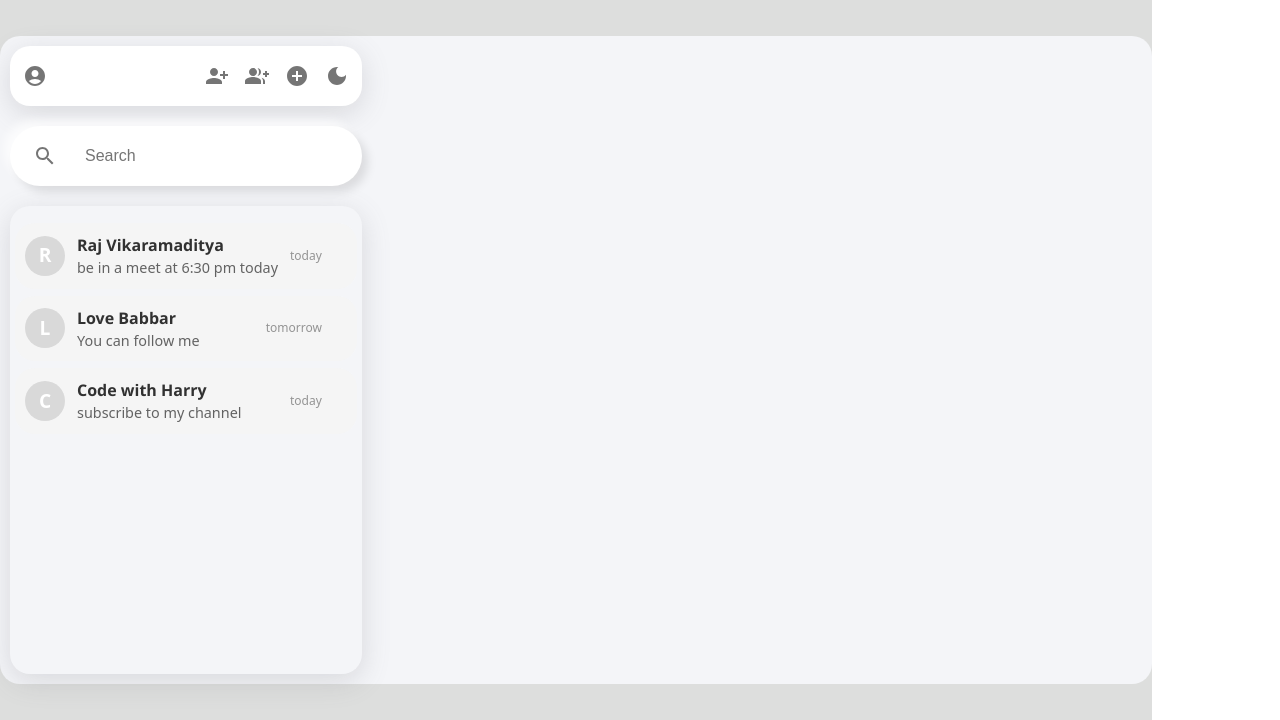
Repository: rahul-chakradhari/chat_app
Page: /app
These files come from the project's save history. The page is drawn as it stood at one moment and after the next save; the edit follows.
The browser window is 1280 px wide. The pictures show the whole page.
An inner scrolling area shows only its first screen. The project was rebuilt for these pictures with package versions that can differ from the ones it lists, and the page was loaded fresh each time. Also part of the build but not shown: vite.config.js, src/components/Login.jsx, src/components/Messagebyme.jsx, src/components/Messagebyothers.jsx, src/components/Chatarea.jsx, src/components/Welcome.jsx, src/components/Creategroups.jsx, src/components/Groups.jsx.

Above is the page before, as saved 2025-03-03 14:33:03.

### index.html
<!DOCTYPE html>
<html lang="en">
  <head>
    <meta charset="UTF-8" />
    <link rel="icon" href="./live-chat.png" />

    <meta name="viewport" content="width=device-width, initial-scale=1.0" />
    <title>Vite + React</title>
  </head>
  <body>
    <div id="root"></div>
    <script type="module" src="/src/main.jsx"></script>
  </body>
</html>

### src/main.jsx
import { StrictMode } from "react";
import { createRoot } from "react-dom/client";
import "./index.css";
import App from "./App.jsx";
import { BrowserRouter } from "react-router-dom";
import { Provider } from "react-redux";
import { store } from "./components/features/store.js";
createRoot(document.getElementById("root")).render(
  <BrowserRouter>
    <StrictMode>
      <Provider store={store}>
        <App />
      </Provider>
    </StrictMode>
  </BrowserRouter>
);

### src/App.jsx
import { Route, Routes } from "react-router-dom";
import "./App.css";
import Login from "./components/Login";
import Maincontainer from "./components/Maincontainer";
import Welcome from "./components/Welcome";
import Chatarea from "./components/Chatarea";
import Users from "./components/Users";
import Creategroups from "./components/Creategroups";
import Groups from "./components/Groups";

function App() {
  return (
    <div className="App">
      <Routes>
        <Route path="/" element={<Login />} />
        <Route path="app" element={<Maincontainer />}>
          <Route path="welcome" element={<Welcome />} />
          <Route path="chat" element={<Chatarea />} />
          <Route path="users" element={<Users />} />
          <Route path="groups" element={<Groups />} />

          <Route path="creategroups" element={<Creategroups />} />
        </Route>
      </Routes>
    </div>
  );
}

export default App;

### src/components/features/store.js
import { configureStore } from "@reduxjs/toolkit";
import themeSliceReducer from "./themeSlice";
export const store = configureStore({
  reducer: {
    themeKey: themeSliceReducer,
  },
});

### src/App.css
* {
  margin: 0;
}
.App {
  background-color: #dddedd;
  min-height: 100vh;
  display: flex;
  justify-content: center;
  align-items: center;
}

### src/components/Maincontainer.jsx
import "./Mystyles.css";
import Sidebar from "./Sidebar";
import Chatarea from "./Chatarea";
import Welcome from "./Welcome";
import Creategroups from "./Creategroups";
import Users from "./Users";
import { Outlet } from "react-router-dom";

const Maincontainer = () => {
  return (
    <div className="main">
      <Sidebar />
      <Outlet />
      {/*<Creategroups />*/}
      {/*<Welcome />*/}
      {/*<Chatarea />*/}
      {/*<Users />*/}
    </div>
  );
};

export default Maincontainer;

### src/components/features/themeSlice.js
import { createSlice } from "@reduxjs/toolkit";

export const themeSlice = createSlice({
  name: "themeSlice",
  initialState: true,
  reducers: {
    toggleTheme: (state) => {
      state = !state;
    },
  },
});
export const { toggleTheme } = themeSlice.actions;
export default themeSlice.reducer;

### src/components/Mystyles.css
.main {
  background-color: #f4f5f8;
  height: 90vh;
  width: 90vw;
  display: flex;
  border-radius: 20px;
}
.side {
  flex: 0.3;
  display: flex;
  flex-direction: column;
}
.chat {
  background-color: aliceblue;
  flex: 0.7;
}
.headers {
  background-color: white;
  border-radius: 20px;
  padding: 10px 5px;
  margin: 10px;
  display: flex;
  justify-content: space-between;
  box-shadow: rgba(100, 100, 111, 0.2) 0px 7px 29px 0px;
}

.search {
  background-color: white;
  border-radius: 20px;
  padding: 10px 10px;
  margin: 10px;
  display: flex;
  align-items: center;
  box-shadow: rgba(100, 100, 111, 0.2) 0px 7px 29px 0px;
}
.box {
  outline-width: 0;
  border: none;
  font-size: 1.25rem;
  margin-left: 10px;
}
.conver {
  background-color: white;
  border-radius: 20px;
  padding: 10px 5px;
  margin: 10px;
  flex: 1;
}
.conversation {
  border-radius: 20px;
  margin: 10px 5px;
  flex: 1;
  margin-right: 10px;
  margin-left: 10px;
  padding: 10px 5px;
  box-shadow: rgba(100, 100, 111, 0.2) 0px 7px 29px 0px;
}
.conversationitem,
.listtem {
  display: flex;
  align-items: center; /* Items ko vertical center align karega */
  gap: 12px; /* Icon aur text ke beech gap */
  padding: 10px;
  margin: 3px;
  transition-duration: 0.5s;
  margin-left: 0px;
  border-radius: 20px;
  margin-right: auto;
  margin-top: 7px;
  background-color: #f5f5f5; /* Light background */
  width: 100%;
  width: calc(100% - 20px);
  overflow: hidden; /* Extra content hide */
  white-space: nowrap; /* Ek hi line me rahe */
  text-overflow: ellipsis; /* Overflow hone par "..." dikhe */
}
.conversationitem {
  cursor: pointer;
}
.conversationitem:hover {
  background-color: #d9d9d9;
}
.conversationitem:active {
  background-color: white;
}
.conversationitem::-webkit-scrollbar {
  display: none;
}

.icon {
  display: flex;
  justify-content: center;
  align-items: center;
  background-color: #d9d9d9;
  font-size: 1.2rem;
  font-weight: bold;
  color: white;
  height: 40px;
  width: 40px;
  border-radius: 50%;
  flex-shrink: 0; /* Icon ka size maintain rahega */
}

.conversation-text {
  display: flex;
  flex-direction: column;
  flex-grow: 1; /* Ye ensure karega ki text area full width le */
}

.title {
  font-weight: bold;
  font-size: 1rem;
  color: rgba(0, 0, 0, 0.8);
  font-family: "Segoe UI", Tahoma, Geneva, Verdana, sans-serif;
}

.message {
  font-size: 0.9rem;
  color: rgba(0, 0, 0, 0.6);
}

.time {
  margin-right: 25px;
  font-size: 0.75rem;
  color: rgba(0, 0, 0, 0.4);
  flex-shrink: 0; /* Time ka size fix rahe */
}
.chat {
  display: flex;
  flex-direction: column;
  flex: 0.7;
}
.chattingwith {
  background-color: green;
}
.mess {
  background-color: aquamarine;
  flex-grow: 1;
  box-shadow: rgba(100, 100, 111, 0.2) 0px 7px 29px 0px;
}
.inputbox {
  background-color: green;
  box-shadow: rgba(100, 100, 111, 0.2) 0px 7px 29px 0px;
}
.trash {
  color: black;
}
.chat {
  display: flex;
  flex-direction: column;
  flex: 0.7;
  overflow: visible;
  background: #f8f9fa; /* Light grey */
}

.chat-header {
  position: relative;
  display: flex;
  justify-content: space-between;
  align-items: center;
  padding: 10px;
  margin-top: 4px;
  border-radius: 20px;
  background: white;
  border-bottom: 1px solid #ddd;
  box-shadow: rgba(50, 50, 93, 0.25) 0px 6px 12px -2px,
    rgba(0, 0, 0, 0.3) 0px 3px 7px -3px;
}
.avatar {
  border-color: #d9d9d9;
  color: white;
}
.chat-info {
  display: flex;
  align-items: center;
}

.chat-info .avatar {
  width: 40px;
  height: 40px;
  border-radius: 50%;
  background: #bbb;
  display: flex;
  justify-content: center;
  align-items: center;
  font-weight: bold;
  margin-right: 10px;
}

.trash {
  color: black;
}

.mess {
  flex-grow: 1;
  padding: 20px;
  background: #f5f5f5;
  border-radius: 20px;
}

.inputbox {
  padding: 10px;
  border-top: 1px solid #ddd;
  background: white;
  border-radius: 20px;
  margin-bottom: 6px;
}

.inputbox input {
  width: 100%;
  padding: 8px;
  border: none;
  outline: none;
}
.name-time {
  display: flex;
  flex-direction: column;
  align-items: flex-start; /* Left-align text properly */
}

.niche {
  font-size: 12px;
  color: gray;
  margin: 2px 0 0 3px;
  margin-top: 2px;
  margin-right: 12px;
  /* 👈 Adjust left margin properly */
  padding-right: 42px; /* 🔹 Slight padding for spacing */
}
.inputbox {
  display: flex;
  justify-content: center;
}
.othertextcontent,
.con-icon {
  width: 200px; /* Box ka width */
  height: auto; /* Height content ke according adjust hogi */
  font-size: 16px; /* Text size change karne ke liye */
  padding: 10px; /* Text aur border ke beech space ke liye */
  background-color: aquamarine; /* Light gray background */
  border-radius: 10px; /* Rounded corners */
  margin-left: 750px;
}
.othertextcontent {
  border-color: #f5f5f5;
}
.selfmessagecontainer {
  width: 200px; /* Box ka width */
  height: auto; /* Height content ke according adjust hogi */
  font-size: 16px; /* Text size change karne ke liye */
  padding: 10px; /* Text aur border ke beech space ke liye */
  background-color: lightsalmon; /* Light gray background */
  border-radius: 10px; /* Rounded corners */
}
.mess {
  height: 500px;
  overflow-y: auto;
  display: flex;
  flex-direction: column;
}
.mess::-webkit-scrollbar {
  display: none;
}

.welcome {
  min-height: 89vh;
  flex: 0.7;
  display: flex;
  flex-direction: column;
  justify-content: center;
  align-items: center;
  gap: 25px;
  font-family: "Segoe UI", Tahoma, Geneva, Verdana, sans-serif;
  color: rgba(0, 0, 0, 0.87);
  border-bottom: 2px solid #63d7b0;
  background-color: #ffffff;
  border-radius: 20px;
}

.logo {
  height: 15vw;
  margin-bottom: 10px;
}
.group {
  flex: 0.7;
  align-self: center;
  padding: 20px 10px;
  margin: 10px;
  background-color: white;
  border-radius: 20px;
  display: flex;
  justify-content: space-between;
}
.inputgroup {
  font-size: 18px;
  outline-width: 0;
  border: none;
}
.login {
  height: 90vh;
  width: 90vw;
  background-color: #f4f5f8;
  border-radius: 20px;
  display: flex;
}
.loginimage {
  flex: 0.3;
}
.loginbox {
  flex: 0.7;
  font-family: "Segoe UI", Tahoma, Geneva, Verdana, sans-serif;

  background-color: white;
  border-radius: 20px;
  margin: 10px;
  color: #63d7b0;
  font-weight: bolder;
  display: flex;
  justify-content: center;
  align-items: center;
  flex-direction: column;
  gap: 20px;
}
.loginlogo {
  height: 15vw;
  margin-top: 201px;
  margin-left: 75px;
}
.logintitle {
  font-size: 30px;
} /* Main List Container */
.list {
  padding: 20px;
  width: 100%;
}

/* Online Users Box */
.headerlist {
  display: flex;
  justify-content: center;
  margin-bottom: 10px;
}

.header-box {
  width: 100%; /* Adjust as needed */
  max-width: 1100px;
  background-color: white;
  border-radius: 20px;
  padding: 12px 18px;
  display: flex;
  align-items: center;
  gap: 10px;
  box-shadow: 6px 6px 10px rgba(0, 0, 0, 0.1),
    -6px -6px 10px rgba(255, 255, 255, 0.7);
}

.logo-img {
  width: 1.8rem;
  height: 1.8rem;
}

/* Search Box */
.search {
  background-color: white;
  border-radius: 30px;
  padding: 10px 15px;
  margin: 10px;
  display: flex;
  align-items: center;
  box-shadow: 6px 6px 10px rgba(0, 0, 0, 0.1),
    -6px -6px 10px rgba(255, 255, 255, 0.7);
}

.search .box {
  border: none;
  outline: none;
  font-size: 16px;
  flex: 1;
  padding-left: 10px;
}

/* User List */
.uglist {
  display: flex;
  flex-direction: column;
  gap: 10px;
  height: 500px; /* Fixed height for scroll */
  overflow-y: auto; /* Enable vertical scrolling */
}

.uglist::-webkit-scrollbar {
  display: none;
}
/* Individual User Item */
.listitem {
  display: flex;
  align-items: center;
  background-color: white;
  padding: 15px;
  border-radius: 20px;
  box-shadow: 6px 6px 10px rgba(0, 0, 0, 0.1),
    -6px -6px 10px rgba(255, 255, 255, 0.7);
  transition: transform 0.2s;
}

.listitem:hover {
  background-color: #968f8fc7;
}

.user-icon {
  background-color: gray;
  color: white;
  width: 40px;
  height: 40px;
  border-radius: 50%;
  display: flex;
  justify-content: center;
  align-items: center;
  font-size: 18px;
  font-weight: bold;
  margin-right: 15px;
}

.user-info {
  flex-grow: 1;
}

.username {
  font-weight: bold;
  font-size: 16px;
}

.last-message {
  font-size: 14px;
  color: gray;
}

.timestamp {
  font-size: 12px;
  color: gray;
}
.ugtitle {
  font-size: large;
  font-weight: 600;
  font-family: "Segoe UI", Tahoma, Geneva, Verdana, sans-serif;
}
.dark {
  background-color: #2d3941 !important;
  color: white !important;
}
.hii {
  width: 1.25em !important;
}
.dark svg {
  color: white !important;
}

### src/components/Sidebar.jsx
import { useState } from "react";
import AccountCircleIcon from "@mui/icons-material/AccountCircle";
import PersonAddAlt1Icon from "@mui/icons-material/PersonAddAlt1";
import GroupAddIcon from "@mui/icons-material/GroupAdd";
import AddCircleIcon from "@mui/icons-material/AddCircle";
import LightModeIcon from "@mui/icons-material/LightMode";
import DarkModeIcon from "@mui/icons-material/DarkMode";
import SearchIcon from "@mui/icons-material/Search";
import Conversationitem from "./Conversationitem";
import "./Mystyles.css";
import { IconButton } from "@mui/material";
import { useNavigate } from "react-router-dom";

const Sidebar = () => {
  const [lighttheme, setlightTheme] = useState(true);
  const [conversations, setConversations] = useState([
    {
      id: 1,
      name: "Raj Vikaramaditya",
      lastMessage: "be in a meet at 6:30 pm today",
      timeStamp: "today",
    },
    {
      id: 2,
      name: "Love Babbar",
      lastMessage: "You can follow me ",
      timeStamp: "tomorrow",
    },
    {
      id: 3,
      name: "Code with Harry",
      lastMessage: "subscribe to my channel",
      timeStamp: "today",
    },
  ]);
  const navigate = useNavigate();
  return (
    <div className="side">
      <div className={"headers " + (lighttheme ? "" : "dark")}>
        <div>
          <IconButton>
            <AccountCircleIcon />
          </IconButton>
        </div>
        <div>
          <IconButton>
            <PersonAddAlt1Icon
              onClick={() => {
                navigate("users");
              }}
            />
          </IconButton>
          <IconButton>
            <GroupAddIcon
              onClick={() => {
                navigate("groups");
              }}
            />
          </IconButton>
          <IconButton>
            <AddCircleIcon
              onClick={() => {
                navigate("creategroups");
              }}
            />
          </IconButton>
          <IconButton
            onClick={() => {
              setlightTheme((prevValue) => {
                return !prevValue;
              });
            }}
          >
            {lighttheme && <DarkModeIcon />}
            {!lighttheme && <LightModeIcon />}
          </IconButton>
        </div>
      </div>

      <div className={"search " + (lighttheme ? "" : "dark")}>
        <IconButton>
          <SearchIcon />
        </IconButton>
        <input
          placeholder="Search"
          className={"box " + (lighttheme ? "" : "dark")}
        />
      </div>

      <div className={"conversation " + (lighttheme ? "" : "dark")}>
        {conversations.map((conversation) => (
          <Conversationitem key={conversation.id} {...conversation} />
        ))}
      </div>
    </div>
  );
};

export default Sidebar;

### src/components/Conversationitem.jsx
import { useNavigate } from "react-router-dom";

const Conversationitem = (props) => {
  const navigate = useNavigate();

  return (
    <div
      className="conversationitem"
      onClick={() => {
        navigate("chat");
      }}
    >
      <p className="icon">{props.name[0]}</p>
      <div className="conversation-text">
        <p className="title">{props.name}</p>
        <p className="message">{props.lastMessage}</p>
      </div>
      <p className="time">{props.timeStamp}</p>
    </div>
  );
};

export default Conversationitem;

### src/components/Users.jsx
import "./myStyles.css";
import { useState } from "react";
import SearchIcon from "@mui/icons-material/Search";
import { IconButton } from "@mui/material";
import logo from "./images/live-chat.png";

const Users = () => {
  const [conversations, setConversations] = useState([
    {
      id: 1,
      name: "Test#1",
      lastMessage: "Last Message #1",
      timeStamp: "today",
    },
    {
      id: 2,
      name: "Test#2",
      lastMessage: "Last Message #2",
      timeStamp: "today",
    },
    {
      id: 3,
      name: "Test#3",
      lastMessage: "Last Message #3",
      timeStamp: "today",
    },
    {
      id: 4,
      name: "Test#4",
      lastMessage: "Last Message #4",
      timeStamp: "today",
    },
    {
      id: 5,
      name: "Test#5",
      lastMessage: "Last Message #5",
      timeStamp: "today",
    },
    {
      id: 6,
      name: "Test#6",
      lastMessage: "Last Message #6",
      timeStamp: "today",
    },
    {
      id: 7,
      name: "Test#7",
      lastMessage: "Last Message #7",
      timeStamp: "today",
    },
    {
      id: 8,
      name: "Test#8",
      lastMessage: "Last Message #8",
      timeStamp: "today",
    },
    {
      id: 9,
      name: "Test#9",
      lastMessage: "Last Message #9",
      timeStamp: "today",
    },
    {
      id: 10,
      name: "Test#10",
      lastMessage: "Last Message #10",
      timeStamp: "today",
    },
  ]);

  return (
    <div className="list">
      {/* Online Users Box */}
      <div className="headerlist">
        <div className="header-box">
          <img src={logo} alt="logo" className="logo-img" />
        <p className="ugtitle">Online Users</p>
        </div>
      </div>

      {/* Search Box */}
      <div className="search">
        <IconButton>
          <SearchIcon />
        </IconButton>
        <input placeholder="Search" className="box" />
      </div>

      {/* User List */}
      <div className="uglist">
        {conversations.map((user) => (
          <div key={user.id} className="listitem">
            <div className="user-icon">{user.name.charAt(0)}</div>
            <div className="user-info">
              <p className="username">{user.name}</p>
              <p className="last-message">{user.lastMessage}</p>
            </div>
            <p className="timestamp">{user.timeStamp}</p>
          </div>
        ))}
      </div>
    </div>
  );
};

export default Users;

Loaded but not shown: src/index.css (common file)

After the next save:
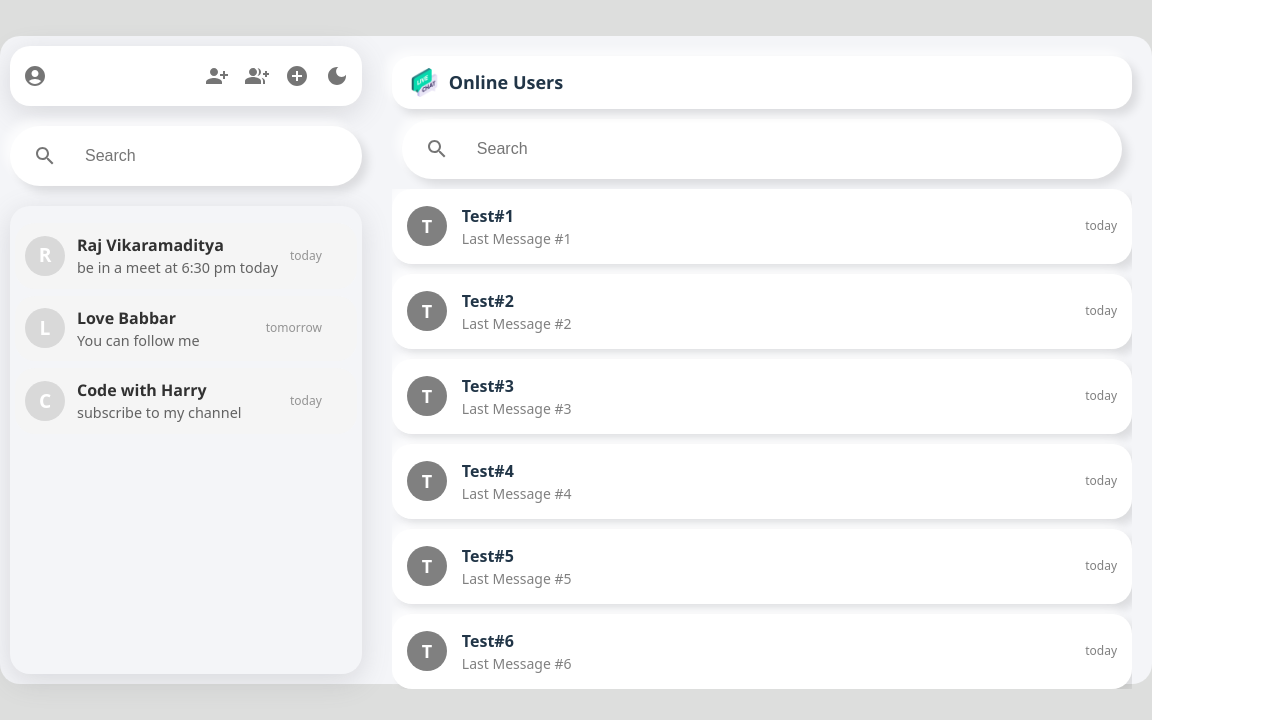
Saved 53 s later.
--- a/src/components/Maincontainer.jsx
+++ b/src/components/Maincontainer.jsx
@@ -10,11 +10,11 @@ const Maincontainer = () => {
   return (
     <div className="main">
       <Sidebar />
-      <Outlet />
+      {/* <Outlet />*/}
       {/*<Creategroups />*/}
       {/*<Welcome />*/}
       {/*<Chatarea />*/}
-      {/*<Users />*/}
+      {<Users />}
     </div>
   );
 };
